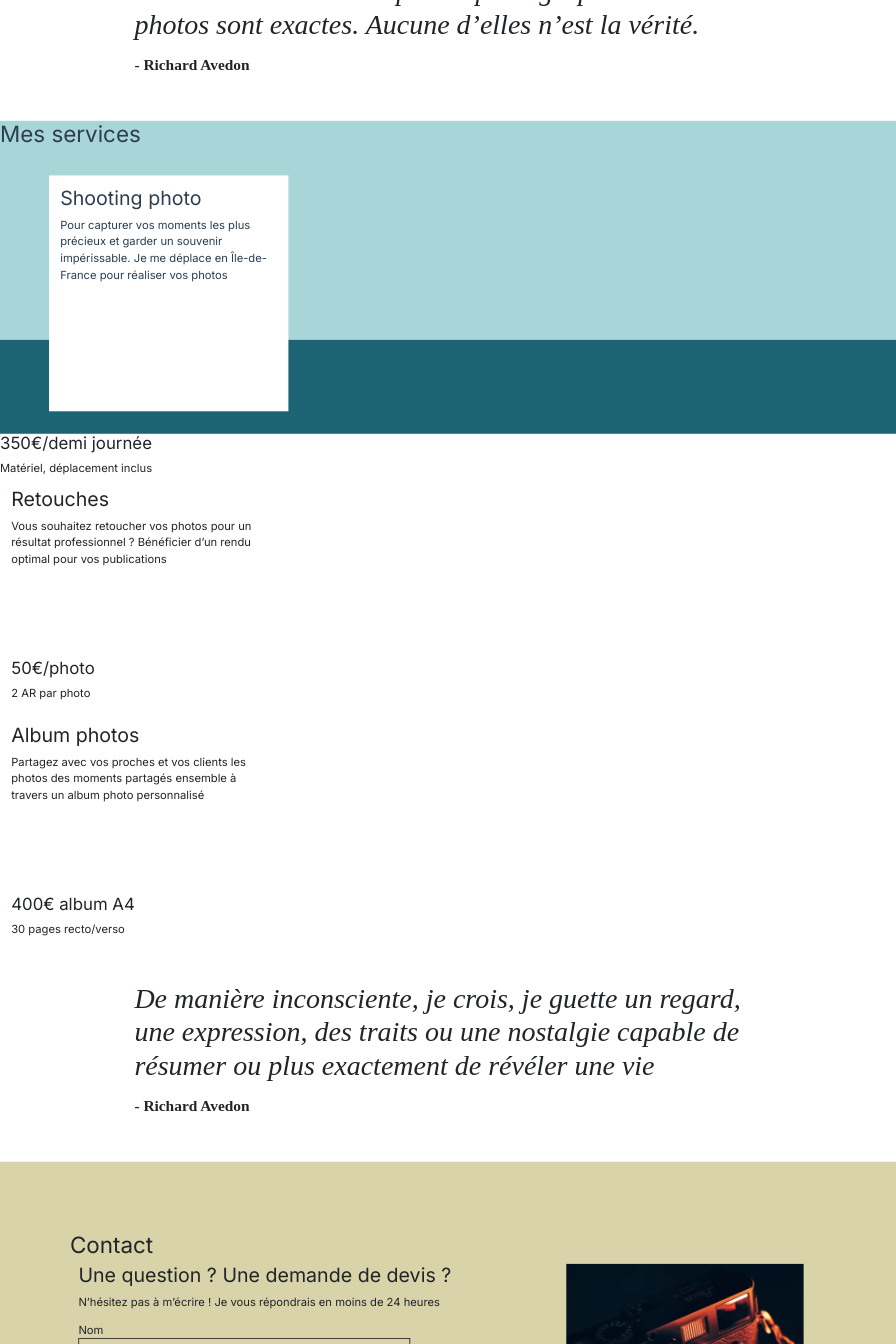
Repository: Dimple3377/project-9
Page: index.html
The author's editor kept a copy of each file at every save. The page is drawn from the files as they stood at one save, then again after the next save.
The browser window is 1280 px wide. The pictures show the part of the page from y = 2732 to 4652 px (the page is 5087 px tall before and 4352 px after), at 70% of full size.
Some web fonts or font styles are not loaded; a fallback is used.

Above is the page before, as saved 2024-04-16 23:28:44.

### index.html
<!DOCTYPE html>
<html lang="fr">
  <head>
    <meta charset="UTF-8" />
    <meta name="viewport" content="width=device-width, initial-scale=1.0" />
    <title>Nina Carducci - Photographe</title>
    <meta name="description" content="Explorez le portfolio de Nina Carducci, photographe spécialisée dans les mariages, portraits et événements en Île-de-France." />

    <!-- OpenGraph Tags -->
    <meta property="og:title" content="Nina Carducci - Photographe" />
    <meta property="og:type" content="website" />
    <meta property="og:url" content="website" />
    <meta property="og:image" content="http://www.ninacarducciphotography.com/assets/images/share.jpg" />
    <meta property="og:description" content="Explorez le portfolio de Nina Carducci, photographe spécialisée dans les mariages, portraits et événements en Île-de-France." />
    <meta property="og:site_name" content="Nina Carducci Photography" />

    <!-- Twitter Card Tags -->
    <meta name="twitter:card" content="summary_large_image" />
    <meta name="twitter:site" content="@NinaCarducciPhoto" />
    <meta name="twitter:title" content="Nina Carducci - Photographe" />
    <meta name="twitter:description" content="Explorez le portfolio de Nina Carducci, photographe spécialisée dans les mariages, portraits et événements en Île-de-France." />
    <meta name="twitter:image" content="pages" />

    <link rel="stylesheet" href="./assets/bootstrap/bootstrap.css" />
    <link rel="stylesheet" href="./assets/style.css" />
    <link rel="preconnect" href="https://fonts.googleapis.com" />
    <link rel="preconnect" href="https://fonts.gstatic.com" crossorigin />
    <link href="https://fonts.googleapis.com/css2?family=Inter&family=Spectral:ital,wght@0,400;1,300;1,400;1,800&display=swap" rel="stylesheet" />

    <script src="./assets/bootstrap/bootstrap.bundle.js" defer></script>
    <script src="https://code.jquery.com/jquery-3.4.1.min.js" integrity="sha256-CSXorXvZcTkaix6Yvo6HppcZGetbYMGWSFlBw8HfCJo=" crossorigin="anonymous" defer></script>
    <script src="./assets/maugallery.js" defer></script>
    <script src="./assets/scripts.js" defer></script>

     <!-- Schema.org JSON-LD -->

    <script type="application/ld+json">
      {
        "@context": "http://schema.org",
        "@type": "LocalBusiness",
        "name": "Nina Carducci, photographe",
        "address": {
          "@type": "PostalAddress",
          "streetAddress": "68 avenue Alsace-Lorraine",
          "postalCode": "33200",
          "addressLocality": "Bordeaux",
          "addressCountry": "FR"
        },
        "telephone": "+33 5 56 67 78 89",
        "openingHours": "Mo-Fr 10:00-19:00",
        "priceRange": "50-400€",
        "image": "assets/images/camera.webp"
      }
    </script>
</head>


  <body>
    <div class="top-header">
      <h1 class="name">Nina Carducci</h1> <!-- Changé en h1 pour indiquer le titre principal -->
      <nav class="nav">
        <ul>
          <li><a href="#about">À propos</a></li>
          <li><a href="#gallery">Galerie</a></li>
          <li><a href="#services">Service</a></li>
          <li><a href="#contact">Contact</a></li>
          <li>
            <a
              class="social-link"
              href="https://www.instagram.com/ninacarducci.photo/?hl=fr"
              target="_blank"
              ><img
                src="assets/images/instagram.png"
                alt="Logo Instagram - Suivez Nina Carducci"
            /></a>
          </li>
        </ul>
      </nav>
    </div>
    <div id="header">
      <div
        id="carouselExampleIndicators"
        class="carousel slide"
        data-bs-ride="carousel"
      >
        <div class="carousel-indicators">
          <button
            type="button"
            data-bs-target="#carouselExampleIndicators"
            data-bs-slide-to="0"
            class="active"
            aria-current="true"
            aria-label="Slide 1"
          ></button>
          <button
            type="button"
            data-bs-target="#carouselExampleIndicators"
            data-bs-slide-to="1"
            aria-label="Slide 2"
          ></button>
          <button
            type="button"
            data-bs-target="#carouselExampleIndicators"
            data-bs-slide-to="2"
            aria-label="Slide 3"
          ></button>
        </div>
        <div class="carousel-inner">
          <div class="carousel-item active">
            <img
              src="./assets/images/slider/ryoji-iwata-wUZjnOv7t0g-unsplash.webp"
              class="d-block w-100"
              alt="Vue urbaine capturée par Ryoji Iwata"
            />
          </div>
          <div class="carousel-item">
            <img
              src="./assets/images/slider/nicholas-green-nPz8akkUmDI-unsplash.webp"
              class="d-block w-100"
              alt="Paysage tranquille par Nicholas Green"
            />
          </div>
          <div class="carousel-item">
            <img
              src="./assets/images/slider/edward-cisneros-3_h6-1NPDGw-unsplash.webp"
              class="d-block w-100"
              alt="Portrait émotionnel par Edward Cisneros"
            />
          </div>
        </div>
        <button
          class="carousel-control-prev"
          type="button"
          data-bs-target="#carouselExampleIndicators"
          data-bs-slide="prev"
        >
          <span class="carousel-control-prev-icon" aria-hidden="true"></span>
          <span class="visually-hidden">Previous</span>
        </button>
        <button
          class="carousel-control-next"
          type="button"
          data-bs-target="#carouselExampleIndicators"
          data-bs-slide="next"
        >
          <span class="carousel-control-next-icon" aria-hidden="true"></span>
          <span class="visually-hidden">Next</span>
        </button>
      </div>
    </div>
    <section id="about">
      <h2>A propos de moi</h2> <!-- Changé en h2 pour les grandes sections -->
      <div class="picture left">
        <img src="./assets/images/nina.webp" alt="Nina Carducci souriante" />
      </div>
      <div id="about-me">
      <p>
          Devenir photographe était pour moi une évidence. Comme si j’y étais
          prédestiné. Saisir un moment, une émotion, une situation, un endroit,
          une lumière et les rendre immortels, voilà ce qui me fait vibrer.</p>

        <p>
          Nous passons notre vie à chercher le bonheur, et lorsque nous y
          touchons, nous n’avons qu’une envie : le figer au travers de
          photographies pour le savourer avec les personnes qui sont importantes
          à nos yeux, ou le partager au plus grand nombre. C’est ce que je vous
          propose : saisir ces merveilleux moments au travers de mon regard, mon
          approche, ma technique. Rendre ces moments immortels, afin que vous
          puissiez y puiser de l’amour, du bonheur, de la tendresse et de
          lumière à chaque fois que vous poserez les yeux sur vos photos.
        </p>
      </div>
    </section>

    <section id="gallery">
      <h2>Portfolio</h2>
      <div class="container py-3">
        <div class="gallery" style="display: none">
          <img
            data-gallery-tag="Concert"
            class="gallery-item"
            src="./assets/images/gallery/concerts/aaron-paul-wnX-fXzB6Cw-unsplash.jpg"
            alt="Foule lors d'un concert de nuit"
          />
          <img
            data-gallery-tag="Entreprises"
            class="gallery-item"
            src="./assets/images/gallery/entreprise/ali-morshedlou-WMD64tMfc4k-unsplash.jpg"
            alt="Intérieur d'un bureau moderne"
          />
          <img
            data-gallery-tag="Entreprises"
            class="gallery-item"
            src="./assets/images/gallery/entreprise/jason-goodman-tHO1_OuKbg0-unsplash.jpg"
            alt="Réunion d'équipe en entreprise"
          />
          <img
            data-gallery-tag="Mariages"
            class="gallery-item"
            src="./assets/images/gallery/mariage/hannah-busing-RvF2R_qMpRk-unsplash.jpg"
            alt="Couple se mariant sous un ciel clair"
          />
          <img
            data-gallery-tag="Portrait"
            class="gallery-item"
            src="./assets/images/gallery/portraits/ade-tunji-rVkhWWZFAtQ-unsplash.jpg"
            alt="Portrait d'un homme en lumière naturelle"
          />
          <img
            data-gallery-tag="Mariages"
            class="gallery-item"
            src="./assets/images/gallery/mariage/jakob-owens-SiniLJkXhMc-unsplash.jpg"
            alt="Couple de mariés partageant un moment joyeux"
          />
          <img
            data-gallery-tag="Portrait"
            class="gallery-item"
            src="./assets/images/gallery/portraits/nino-van-prattenburg--443cl1uR_8-unsplash.jpg"
            alt="Portrait artistique d'une femme"
          />
          <img
            data-gallery-tag="Concert"
            class="gallery-item"
            src="./assets/images/gallery/concerts/austin-neill-hgO1wFPXl3I-unsplash.jpg"
            alt="Artiste jouant de la guitare sur scène"
          />
          <img
            data-gallery-tag="Entreprises"
            class="gallery-item"
            src="./assets/images/gallery/entreprise/mateus-campos-felipe-Fsgzm8N0hIY-unsplash.jpg"
            alt="Bureau d'entreprise avec un design épuré"
          />
        </div>
      </div>
    </section>
      <div class="quote">
        <figure>
          <blockquote>
            <h1 class="quote__text">
              Un portrait n’est pas une ressemblance. Dès lors qu’une émotion ou
              qu’un fait est traduit en photo, il cesse d’être un fait pour
              devenir une opinion. L’inexactitude n’existe pas en photographie.
              Toutes les photos sont exactes. Aucune d’elles n’est la vérité.
            </h1>
          </blockquote>
          <figcaption class="quote__author">- Richard Avedon</figcaption>
        </figure>
      </div>
    </div>
    <section id="services">
      <h2>Mes services</h2>
      <div class="container">
        <div class="service">
          <div class="service__description">
            <h3>Shooting photo</h3>
            <p>
              Pour capturer vos moments les plus précieux et garder un souvenir
              impérissable. Je me déplace en Île-de-France pour réaliser vos
              photos
            </p>
          </div>
          </section>
          <div class="service__price">
            <h4>350€/demi journée</h4>
            <span>Matériel, déplacement inclus</span>
          </div>
        </div>
        <div class="service">
          <div class="service__description">
            <h3>Retouches</h3>
            <p>
              Vous souhaitez retoucher vos photos pour un résultat professionnel
              ? Bénéficier d’un rendu optimal pour vos publications
            </p>
          </div>
          <div class="service__price">
            <h4>50€/photo</h4>
            <span>2 AR par photo</span>
          </div>
        </div>
        <div class="service">
          <div class="service__description">
            <h3>Album photos</h3>
            <p>
              Partagez avec vos proches et vos clients les photos des moments
              partagés ensemble à travers un album photo personnalisé
            </p>
          </div>
          <div class="service__price">
            <h4>400€ album A4</h4>
            <span>30 pages recto/verso</span>
          </div>
        </div>
      </div>
    </section>
    <div class="quote">
      <figure>
        <blockquote>
          <h1 class="quote__text">
            De manière inconsciente, je crois, je guette un regard, une
            expression, des traits ou une nostalgie capable de résumer ou plus
            exactement de révéler une vie
          </h1>
        </blockquote>
        <figcaption class="quote__author">- Richard Avedon</figcaption>
      </figure>
    </div>
    <section id="contact">
      <h2>Contact</h2>
      <div class="container">
        <div class="form-container">
          <h3>Une question ? Une demande de devis ?</h3>
          <p>
            N’hésitez pas à m’écrire ! Je vous répondrais en moins de 24 heures
          </p>
          <form action="" method="post">
            <label for="nom">Nom</label>
            <input type="text" name="nom" id="nom" />
            <label for="email">Email</label>
            <input type="email" name="email" id="email" />
            <label for="message">Message</label>
            <textarea
              name="message"
              id="message"
              cols="30"
              rows="10"
            ></textarea>
            <input type="submit" value="Envoyer" />
          </form>
        </div>
        <div class="picture right">
          <img src="./assets/images/camera.webp" alt="Icône de caméra" />
        </div>
      </div>
    </section>
  </body>
</html>

### assets/style.css
body {
  max-width: 1920px;
  margin: auto;
}
* {
  font-family: "Inter";
  font-style: normal;
}
.top-header {
  background-color: white;
  position: sticky;
  top: 0;
  z-index: 1000;
  display: flex;
  justify-content: space-between;
  padding-inline: 100px;
  padding-block: 30px;
  align-items: center;
}

.top-header .name {
  font-size: 26px;
}

.nav ul {
  display: flex;
  list-style-type: none;
  font-size: 14px;
  margin-bottom: 0;
}

.nav li {
  padding-inline: 10px;
}

.nav a {
  text-decoration: none;
  color: #000;
}

.social-link img {
  width: 20px;
}

#about {
  display: flex;
  background-color: #f6d2b8;
  padding-inline: 100px;
  padding-block: 100px;
  position: relative;
}

.picture.left::before {
  content: " ";
  background-color: #e5975f;
  width: 374px;
  height: 329px;
  position: absolute;
  bottom: 0;
  left: 0;
  z-index: -1;
}

.picture {
  flex: 1;
  margin: 0 20px;
  z-index: 0;
}

.picture img {
  width: 100%;
}
#about-me {
  flex: 2;
}
.about-me__title {
  margin-top: 1em;
  margin-bottom: 60px;
  font-size: 30px;
}
.about-me__introduction {
  font-family: "Spectral";
  font-weight: 800;
  font-style: italic;
  width: 60%;
}
#about-me p {
  width: 80%;
  font-size: 14px;
}

#gallery {
  /*	min-height: 100vh; */
}
.title {
  text-align: center;
  padding-block: 2em;
}
.gallery .nav {
  justify-content: center;
}
.nav-pills .nav-link.active,
.nav-pills .show > .nav-link {
  color: #fff;
  background-color: #5a5a2d; /* Plus foncé pour un meilleur contraste */
  border-radius: 0;
}
.nav-pills .nav-link {
  color: #000;
}
.item-column {
  position: relative;
  margin-bottom: 0 !important;
  padding: 0;
}
.item-column::after {
  content: "";
  display: block;
  padding-bottom: 100%;
}
.gallery-item {
  position: absolute;
  width: 100%;
  height: 100%;
  object-fit: cover;
  padding: 0.5em;
}
.mg-prev,
.mg-next {
  width: 30px;
  height: 30px;
  border-radius: 00%;
  justify-content: center;
  align-items: center;
  display: flex;
  font-size: 24px;
}

.quote {
  font-family: "Spectral";
  font-style: italic;
  width: 70%;
  margin: auto;
  padding-block: 3em;
}
.quote__text {
  font-family: Spectral;
  font-style: italic;
  font-weight: 300;
}
.quote__author {
  font-family: Spectral;
  font-weight: 800;
  font-size: 22px;
}

#services {
  margin: auto;
  background-color: #a8d5d8;
  color: #2c3e50; /* Texte plus foncé pour un meilleur contraste */
  position: relative;
}
#services .container::before {
  content: " ";
  background-color: #1c6474;
  position: absolute;
  width: 100%;
  height: 30%;
  bottom: 0;
  left: 0;
  z-index: 0;
}

#services .container {
  justify-content: space-between;
  display: flex;
  padding: 2em 0;
}

.service {
  background-color: white;
  max-width: 390px;
  width: 30%;
  height: 337px;
  padding: 1em;
  display: flex;
  flex-direction: column;
  justify-content: space-between;
  z-index: 1;
}

#contact {
  margin: auto;
  background-color: #d8d3a8;
  position: relative;
  padding-inline: 100px;
  padding-block: 100px;
}

#contact .container {
  display: flex;
}
.picture.right::before {
  content: " ";
  background-color: #beb45a;
  width: 374px;
  height: 329px;
  position: absolute;
  bottom: 0;
  right: 0;
  z-index: -1;
}
.form-container {
  flex: 2;
}
form {
  display: flex;
  flex-direction: column;
  width: 70%;
  align-items: flex-start;
}

form input {
  width: 100%;
  background-color: transparent;
  border: solid 1px;
  height: 2.5em;
  margin-bottom: 20px;
}

form textarea {
  width: 100%;
  background-color: transparent;
  border: solid 1px;
  height: 5em;
  line-height: 2.5em;
  font-size: 1.2em;
  margin-bottom: 20px;
}
input[type="submit"] {
  background-color: #beb45a;
  padding: 0.5em 1em;
}

@media all and (max-width: 1180px) {
  .picture {
    flex: 2;
  }
  #about,
  #contact .container {
    align-items: center;
  }
  .about-me__title {
    margin-top: 0;
    margin-bottom: 1em;
  }
  #about-me h6,
  #about-me p {
    width: 100%;
  }
}

@media all and (max-width: 1000px) {
  #about {
    flex-direction: column;
  }
  .picture {
    width: 50%;
  }
  .picture.left::before {
    width: 100%;
    height: 30%;
    position: absolute;
    bottom: auto;
    top: 0;
    left: 0;
    z-index: -1;
  }
  .about-me__title {
    text-align: center;
    margin-top: 1em;
  }
  #services .container {
    flex-direction: column;
  }
  .service {
    width: 100%;
    max-width: 100%;
    height: auto;
    margin: 2em 0;
  }
  .service__description {
    margin-bottom: 1em;
  }

  #services .container::before {
    width: 30%;
    height: 100%;
    bottom: 0;
    right: 0;
    left: auto;
    z-index: 0;
  }

  #contact .container {
    flex-direction: column;
  }
  #contact .picture.right {
    margin-top: 1em;
  }
  .picture.right::before {
    width: 100%;
    height: 30%;
    position: absolute;
    bottom: 0;
    right: 0;
    z-index: -1;
  }
}

@media all and (max-width: 650px) {
  .top-header {
    flex-direction: column;
    padding-inline: 0;
  }
  .top-header .nav,
  .top-header .nav ul {
    width: 100%;
    padding: 0 0 0 0;
  }
  .top-header .nav li {
    flex: 1;
    padding-block: 1em;
    text-align: center;
  }
  .picture.left::before,
  .picture.right::before {
    height: 150px;
  }
  #services .container {
    align-items: center;
  }
  .service {
    max-width: 90%;
  }
  #about,
  #contact {
    padding-inline: 2em;
    padding-block: 2em;
  }
  form {
    width: 100%;
  }
  .picture {
    width: 80%;
  }
}

### assets/scripts.js
$(document).ready(function () {
  $(".gallery").mauGallery({
    columns: {
      xs: 1,
      sm: 2,
      md: 3,
      lg: 3,
      xl: 3,
    },
    lightBox: true,
    lightboxId: "myAwesomeLightbox",
    showTags: true,
    tagsPosition: "top",
  });
});

Loaded but not shown: assets/bootstrap/bootstrap.css (library); assets/bootstrap/bootstrap.bundle.js (library); assets/maugallery.js (263 lines, source omitted)

After the next save:
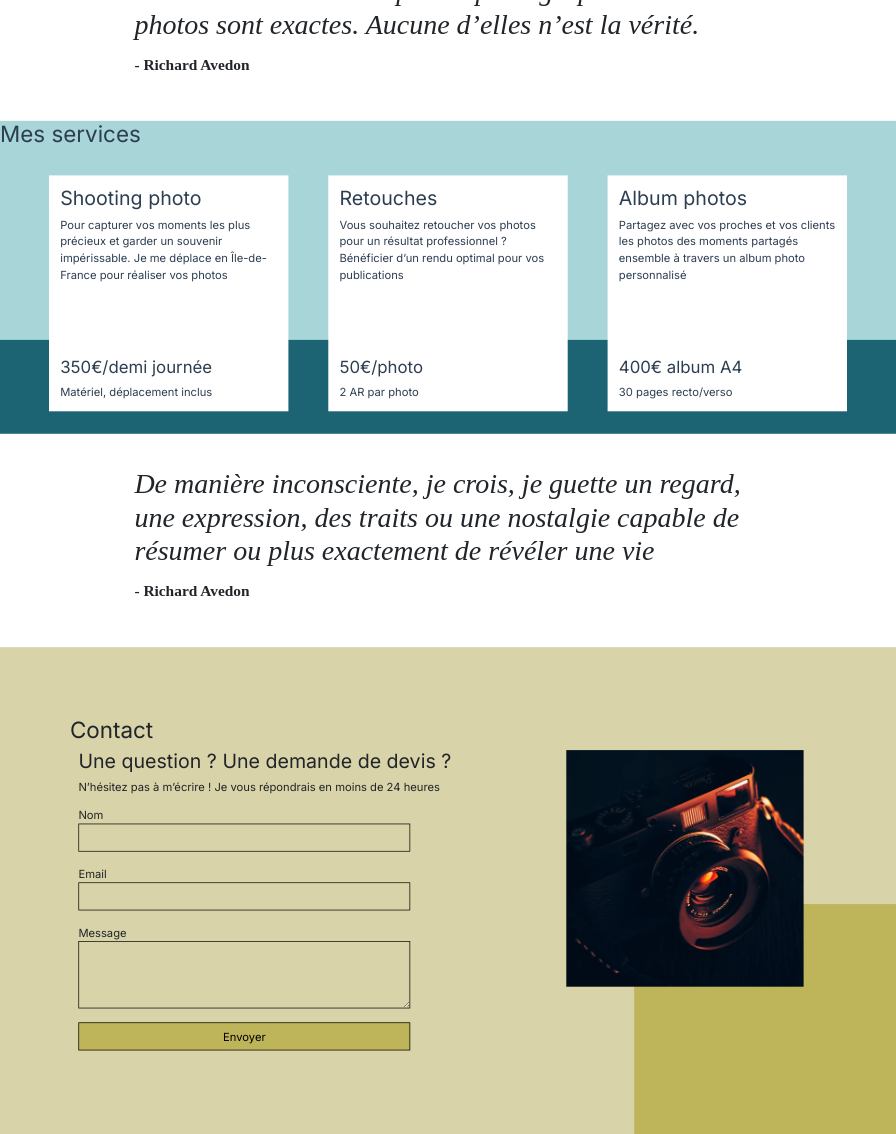
Saved 70 min 6 s later.
--- a/index.html
+++ b/index.html
@@ -259,7 +259,7 @@
               photos
             </p>
           </div>
-          </section>
+
           <div class="service__price">
             <h4>350€/demi journée</h4>
             <span>Matériel, déplacement inclus</span>
